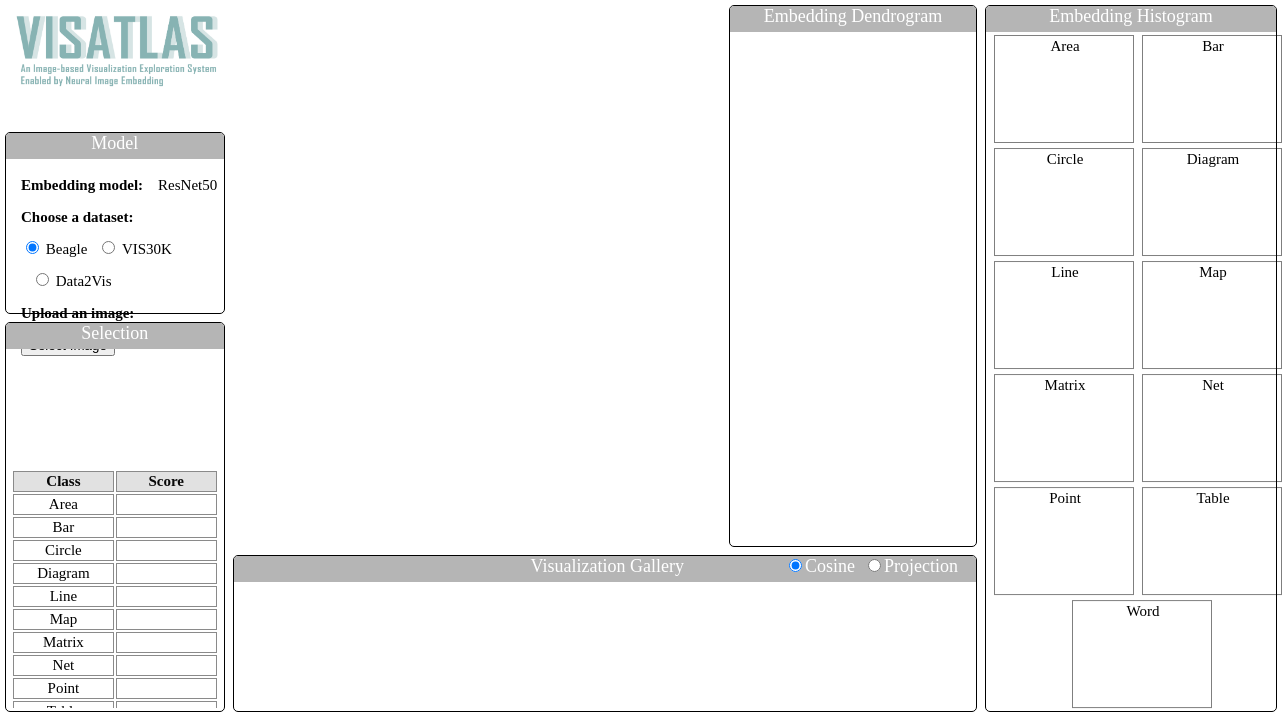
Repository: yilinye/AI_and_human_paintings
Page: / (app in VIS4AI_art/Frontend/)
The author's editor kept a copy of each file at every save. The page is drawn from the files as they stood at one save, then again after the next save.
The browser window is 1280 px wide. The page is 1283 px wide, then 1280 px, so the pictures cover 1283 px, including what lies to the right of the window. The pictures show the whole page.
The page's requests for data from a server got no answer. The project was rebuilt for these pictures with package versions that can differ from the ones it lists, and the page was loaded fresh each time. No one was signed in, and anything a server would have sent is missing. Also part of the build but not shown: VIS4AI_art/Frontend/vite.config.js, VIS4AI_art/Frontend/vue.config.js, VIS4AI_art/Frontend/src/components/WelcomeItem.vue, VIS4AI_art/Frontend/src/components/icons/IconDocumentation.vue, VIS4AI_art/Frontend/src/components/icons/IconTooling.vue, VIS4AI_art/Frontend/src/components/icons/IconEcosystem.vue, VIS4AI_art/Frontend/src/components/icons/IconCommunity.vue, VIS4AI_art/Frontend/src/components/icons/IconSupport.vue and 2 more.

Above is the page before, as saved 2022-04-30 22:52:35.

### VIS4AI_art/Frontend/src/App.vue
<!--
 * @Author: Qing Shi
 * @LastEditTime: 2022-04-12 22:41:44
 * @Knowledge:
 * @Description:
 * @Attention:
-->

<template>
  <VisView/>
</template>

<script>
import VisView from "./views/visView.vue";

// var Event = new Vue();
export default {
    components: { VisView }
}
</script>

<style>
@import "./assets/base.css";

#app {
  height: calc(100%);
  font-weight: normal;
}

</style>

### VIS4AI_art/Frontend/src/assets/base.css
body {

  margin: 0%;
  height: 100%;
  width: 100%;
  background-color: rgb(255, 255, 255);
  overflow: hidden;
}


#titleBar {
  background: rgb(181, 181, 181);
  height: 26px;
  width: calc(100% + 0px);
  border-radius: 4px 4px 0px 0px;
  /* border: solid 1px; */
  transform: translate(0px);
  text-align: center;
  color: white;
  font-size: 18px;
}


/*chrome--------------------------------------------start*/
::-webkit-scrollbar {
  width: 8px;
  height: 8px;
}

/* Track */
::-webkit-scrollbar-track {
  background: #ffffff;
  border-radius: 8px;
}

/* Handle */
::-webkit-scrollbar-thumb {
  background: rgb(201, 201, 202);
  border-radius: 8px;
}

/* Handle on hover */
::-webkit-scrollbar-thumb:hover {
  background: rgb(162, 162, 163);
}

.el-menu::-webkit-scrollbar,
.el-table__body-wrapper::-webkit-scrollbar {
  display: none;
}

.el-menu:hover::-webkit-scrollbar,
.el-table__body-wrapper:hover::-webkit-scrollbar {
  display: block;
}

/*chrome--------------------------------------------end*/

### VIS4AI_art/Frontend/src/views/visView.vue
<template>
  <div style="height:100%;width:100%;">
    <!-- System Logo -->
    <div id="logoView">
      <img
        src="../assets/logo.png"
        alt=""
        style="width: 100%; height=auto;"
      >
    </div>
    <!-- Model -->
    <div id="modelView">
      <ModelView
        @getFilePath="getFilePath"
        @queryNode="updateQuery"
      />
    </div>
    <!-- Selection -->
    <div id="selectView">
      <SelectView />
    </div>
    <!-- Main View -->
    <div id="mainView">
      <MainView
        ref="mainV"
        @updateTree="updateTree"
        @updateGallery="updateGallery"
      />
    </div>
    <!-- Embedding Dendrogram -->
    <div id="dendrogramView">
      <DendrogramView ref="dendrogram" />
    </div>
    <!-- Embedding Histogram -->
    <div id="histogramView">
      <HistogramView @updateTree="updateTree" />
    </div>
    <!-- Visualization Gallery -->
    <div id="galleryView">
      <GalleryView
        ref="gallery"
        @updateGType="updateType"
        @updateSelectNode="updateSelectNode"
      />
    </div>
  </div>
</template>

<script>
import * as d3 from 'd3';
import SelectView from "../components/selectView.vue";
import MainView from "../components/mainView.vue";
import DendrogramView from "../components/dendrogramView.vue";
import HistogramView from "../components/histogramView.vue";
import GalleryView from "../components/galleryView.vue";
import ModelView from "../components/modelView.vue";
export default {
  components: { SelectView, MainView, DendrogramView, HistogramView, GalleryView, ModelView },
  data () {
    return {
      //! init file path
      pth: { filePath: "/src/visData/Beagle reorder.csv" },

      // pth: { filePath: "/src/visData/data2vis reorder.csv" },
    }
  },
  provide () {
    //! we need provide an object, which can watch by other components
    return {
      fileP: this.pth,
    }
  },
  methods: {
    /**
     * @description: change file path from model view's <input>
     * @param {String} val file path from model
     * @return {*} none
     */
    getFilePath: function (val) {
      this.pth.filePath = val;
      this.fileP = this.pth;
    },
    /**
     * @description: change dendrogram view's tree
     * @param {Array} treeData data of the tree
     * @param {Int} sumTree Number of all selected elements
     * @return {*}
     */
    updateTree (treeData, sumTree) {
      this.$refs.dendrogram.drawTree(treeData, sumTree);
    },
    /**
     * @description: change the gallery using new selected element data
     * @param {Array} data
     * @return {*}
     */
    updateGallery (data) {
      this.$refs.gallery.setCloseNode(data);
    },
    /**
     * @description: change gallery type (Cosine or Projection)
     * @param {*} data Calculation method of distance (Cosine or Projection)
     * @return {*}
     */
    updateType (data) {
      this.$refs.mainV.setGalleryType(data);
    },
    /**
     * @description: set a new selected node to refresh the system
     * @param {*} data selected element (node) data
     * @return {*}
     */
    updateSelectNode (data) {
      this.$refs.mainV.setSelectNode(data);
    },
    /**
     * @description: query a new Picture
     * @param {*} data new picture information which from model view
     * @return {*}
     */
    updateQuery (data) {
      this.$refs.mainV.setQuery(data);
    }
  }
}
</script>

<style>
#logoView {
  position: absolute;
  left: 5px;
  top: 5px;
  /* height: 17%; */
  width: 17%;
  margin-left: 5px;
  /* border: solid 1px; */
}

#modelView {
  /* margin-left: 5px; */
  position: absolute;
  left: 5px;
  top: calc(17% + 5px + 5px);
  height: 25%;
  width: 17%;
  border: solid 1px;
  border-radius: 5px;
}

#selectView {
  position: absolute;
  left: 5px;
  top: calc(42% + 15px + 5px);
  height: calc(58% - 30px);
  width: 17%;
  border: solid 1px;
  border-radius: 5px;
}

#mainView {
  position: absolute;
  left: calc(15px + 17%);
  top: calc(5px);
  height: calc(75%);
  width: calc(38%);
  /* border: solid 1px;
  border-radius: 5px; */
}

#dendrogramView {
  position: absolute;
  left: calc(25px + 55%);
  top: calc(5px);
  height: calc(75%);
  width: calc(20% - 10px);
  border: solid 1px;
  border-radius: 5px;
}

#galleryView {
  position: absolute;
  left: calc(15px + 17%);
  top: calc(15px + 75%);
  height: calc(25% - 25px);
  width: calc(58%);
  border: solid 1px;
  border-radius: 5px;
}

#histogramView {
  position: absolute;
  left: calc(25px + 75%);
  top: calc(5px);
  height: calc(100% - 15px);
  width: calc(25% - 30px);
  border: solid 1px;
  border-radius: 5px;
}
</style>

### VIS4AI_art/Frontend/src/components/selectView.vue
<!--
 * @Author: Qing Shi
 * @LastEditTime: 2022-04-30 20:52:22
 * @Knowledge:
 * @Description:
 * @Attention:
-->
<template>
  <div style="height: 100%">
    <div id="titleBar">
      {{ viewName }}
    </div>
    <div id="selectPic">
      <div
        v-if="isChoose"
        id="isChoose"
      >
        <img
          id="nodePic"
        >
      </div>
    </div>
    <div id="selectTable">
      <table style="width:calc(100% - 10px);text-align: center;margin-top:2px;height:calc(100% - 10px);margin-bottom:5px;margin-left:5px; margin-right: 5px;">
        <tr style="height:calc(8% - 30px)">
          <th>Class</th>
          <th>Score</th>
        </tr>
        <tr
          v-for="item in items"
          :key="item.className"
          style="height:calc(8% - 30px)"
        >
          <td>{{ item.className }}</td>
          <td :id="item.className+'Table'">{{ item.classScore }}</td>
        </tr>
      </table>
    </div>
  </div>
</template>

<script>
export default {
  data () {
    return {
      viewName: "Selection",
      isChoose: true,
      picPath: "/src/assets/logo.svg",
      items: {
        Area: { className: "Area", classScore: "" },
        Bar: { className: "Bar", classScore: "" },
        Circle: { className: "Circle", classScore: "" },
        Diagram: { className: "Diagram", classScore: "" },
        Line: { className: "Line", classScore: "" },
        Map: { className: "Map", classScore: "" },
        Matrix: { className: "Matrix", classScore: "" },
        Net: { className: "Net", classScore: "" },
        Point: { className: "Point", classScore: "" },
        Table: { className: "Table", classScore: "" },
        Word: { className: "Word", classScore: "" },
      }
    }
  }
}
</script>

<style>
#selectPic {
  height: 30%;
  width: 100%;
}
#isChoose {
  text-align: center;
  margin-top: 1px;
  margin-left: 6px;
  margin-right: 6px;
  margin-bottom: 2px;
  height: 100%;
  display: flex;
  flex-direction: column;
  justify-content: center;
  align-items: center;
}
#selectTable {
  height: calc(70% - 30px);
  width: 100%;
  overflow: auto;
  /* background-color: #000000; */
}

th {
  text-align: middle;
  /* padding-left: 45px; */
  /* border-bottom: 1px solid #ddd; */
  border: 1px solid rgb(138, 138, 138);
  /* background-color: white; */
  background-color: rgb(225, 225, 225);
  color: rgb(7, 7, 7);
  font-size: 15px;
  /* color: white; */
}

td {
  text-align: middle;
  /* padding-left: 45px; */
  width: 50%;
  /* border-bottom: 1px solid #ddd; */
  border: 1px solid rgb(138, 138, 138);
  font-size: 15px;
  color: black;
  /* height: 100% */
}

/* tr {
  height: calc(100%)
} */

tr:hover {
  background-color: rgb(231, 164, 179);
}
</style>

### VIS4AI_art/Frontend/src/components/histogramView.vue
<!--
 * @Author: Qing Shi
 * @LastEditTime: 2022-04-30 22:52:35
 * @Knowledge:
 * @Description:
 * @Attention:
-->
<template>
  <div>
    <div id="titleBar">
      {{ viewName }}
    </div>
    <div id="mainHistogram">
      <div
        v-for="(ty, index) in typeName"
        :key="ty"
        :id="'His' + ty"
        v-bind:style="{ border: 'solid 1px rgba(0, 0, 0, 0.5)', width: wd, height:hs, position: 'absolute', left: '8px', transform: 'translate(' + (index == 10 ? 'calc(50% + 8px)' : index % 2 ? 'calc(100% + 8px)' : '0') + ',' + 'calc(' + ((Math.floor(index / 2)) * 100) + '% + ' + ((Math.floor(index / 2)) * 5) + 'px' + ' + 3px)' + ')' }"
      >

      </div>
    </div>
  </div>
</template>

<script>
import * as d3 from 'd3';
import { dataService } from '../service';
export default {
  mounted () {
    // dataService.fetchData({ 'filePath': this.fileP.filePath }, fileData => {
    //   console.log(11111);

    //   // this.drawHistogram(fileData.data.data, this.typeName);
    // });
    this.typeName.forEach(d => {
      this.createSVG(d);
    })

    this.drawHistogram(this.fileP.filePath, this.typeName);
  },
  data () {
    return {
      viewName: "Embedding Histogram",
      typeName: ["Area", "Bar", "Circle", "Diagram", "Line", "Map", "Matrix", "Net", "Point", "Table", "Word"],
      hs: "calc(16.6% - 11px)",
      wd: "calc(50% - 7px)",
      selectType: '',
      xAxis: undefined,
      yAxis: {},
      hisWidth: 0,
      hisHeight: 0,
      levelCluster: {
        "Beagle": ['Circle', 'Map', 'Line', 'Area', 'Bar', 'Net', 'Point', 'Diagram', 'Matrix', 'Table', 'Word'],
        "VIS": ["Map", "Circle", "Bar", "Point", "Line", "Diagram", "Matrix", "Net", "Area", "Table", "Word"],
        "Data": ["Area", "Line", "Bar", "Point"]
      },

    };
  },
  inject: ['fileP'], // get file path from visView.vue
  methods: {
    /**
     * @description: create svg for every histogram
     * @param {*} hisType Feature
     * @return {*}
     */
    createSVG: function (hisType) {
      d3.select("#" + hisType + 'Svg').remove();
      const hisHeight = document.getElementById(('His' + hisType)).offsetHeight;
      const hisWidth = document.getElementById(('His' + hisType)).offsetWidth;
      this.hisHeight = hisHeight;
      this.hisWidth = hisWidth;
      d3.select('#His' + hisType)
        .append('svg')
        .attr('id', hisType + 'Svg')
        .attr('width', hisWidth)
        .attr('height', hisHeight)
      d3.select('#' + hisType + 'Svg')
        .append('text')
        .text(hisType)
        .attr('font-size', 15)
        .attr('text-anchor', 'middle')
        .attr('y', 15)
        .attr('x', hisWidth / 2)
    },
    /**
     * @description: data processing and use function
     * @param {String} filePath: which file will be used, selected in modelView.vue
     * @param {Array} hisTypeArray: Feature Group
     * @return {*}
     */
    drawHistogram: function (filePath, hisTypeArray) {
      d3.csv(filePath).then((fileData) => {
        hisTypeArray.forEach(hisType => {
          // index name need small letters
          let hisTag = hisType.toLowerCase();
          const hisData = new Object();
          for (let i = 0; i < fileData.length; ++i) {
            let indexNum = Math.floor(parseFloat(fileData[i][hisTag]) * 10);
            if (indexNum == 10) indexNum--; // let 1 to 0.9 ~ 1
            if (indexNum == 0) continue;
            if (typeof (hisData[indexNum]) == 'undefined') {
              hisData[indexNum] = { cnt: 0, items: [] };
            }
            hisData[indexNum].cnt++;
            hisData[indexNum].items.push(fileData[i]);
          }

          // remove old View
          d3.select("#his_g_" + hisType).remove();
          // define new View
          d3.select("#" + hisType + "Svg")
            .append('g')
            .attr("id", "his_g_" + hisType);

          this.drawRectAndAxis(hisData, hisType);
          this.drawSelectRect(hisData, hisType);
          this.RectBrush(hisData, hisType);
          // this.allHisData[hisType] = hisData;
          // d3.select("#selCircle8").transition().duration(2000).attr('y', 20).attr("height", 70);
        })
      });
    },
    /**
     * @description: draw bar charts and x/y axises
     * @param {Array} hisData bar chart data
     * @param {String} hisType Feature
     * @return {*}
     */
    drawRectAndAxis: function (hisData, hisType) {
      // remove old View
      d3.select("#his_rect_g_" + hisType).remove();
      // define new View
      const his_g = d3.select("#his_g_" + hisType)
        .append('g')
        .attr("id", "his_rect_g_" + hisType);

      const hisArray = new Array();

      for (let i in hisData)
        hisArray.push(hisData[i].cnt);

      const xAxis = d3.scaleLinear()
        .domain([0.1, 1.0])
        .range([0, this.hisWidth - 60])
      const yAxis = d3.scaleLinear()
        .domain([0, d3.max(hisArray)])
        .range([this.hisHeight - 42, 0]);
      this.xAxis = xAxis;
      this.yAxis[hisType] = yAxis;

      his_g.append('g')
        .selectAll("#hisRect" + hisType)
        .attr('id', "hisRect" + hisType)
        .data(hisArray)
        .enter()
        .append('rect')
        .attr("dmax", d3.max(hisArray))
        .attr('x', (d, i) => {
          return this.xAxis((i + 1) / 10) + 45 + 5;
        })
        .attr('y', (d, i) => {
          return this.yAxis[hisType](d) + 20;
        })
        .attr('height', d => {
          return this.hisHeight - 42 - this.yAxis[hisType](d)
        })
        .attr('width', 10)
        .attr('fill', "rgb(198, 198, 198)");
      // draw Axis
      his_g.append('g')
        .call(d3.axisBottom(xAxis).ticks(5))
        .attr("transform", `translate(${45}, ${this.hisHeight - 22})`);
      his_g.append('g')
        .call(d3.axisLeft(yAxis).ticks(5))
        .attr("transform", `translate(${45}, ${20})`);
    },
    /**
     * @description: draw bar charts which be select. I draw them without height. When I select some data, I will change the height of them.
     * @param {*} hisData bar chart data
     * @param {*} hisType Feature
     * @return {*}
     */
    drawSelectRect: function (hisData, hisType) {
      // remove old View
      d3.select("#his_sel_g_" + hisType).remove();
      // define new View
      const his_g = d3.select("#his_g_" + hisType)
        .append('g')
        .attr("id", "his_sel_g_" + hisType);

      const hisArray = new Array();
      for (let i in hisData)
        hisArray.push(hisData[i].cnt);
      // console.log()
      his_g.append('g')
        .selectAll("#hisSelRect" + hisType)
        .attr('id', "hisSelRect" + hisType)
        .data(hisArray)
        .enter()
        .append('rect')
        .attr("dmax", this.yAxis[hisType].domain()[1])
        .attr("hisHeight", this.hisHeight)
        .attr("id", (d, i) => {
          return "sel" + hisType + (i + 1);
        })
        .attr('x', (d, i) => {
          return this.xAxis((i + 1) / 10) + 40;
        })
        .attr('y', (d, i) => {
          return this.hisHeight - 20;
        })
        .attr('height', d => {
          return 0;
        })
        .attr('width', 10)
        .attr('fill', "orange");
    },
    /**
     * @description: a brush. Select areas in the bar chart
     * @param {*} hisData bar chart data
     * @param {*} hisType Feature
     * @return {*}
     */
    RectBrush (hisData, hisType) {
      let _this = this;
      const hisArray = new Array();
      for (let i in hisData)
        hisArray.push(hisData[i].cnt);
      const brush = d3.brush()
        .extent([
          [30, 15],
          [_this.hisWidth - 5, _this.hisHeight - 10]
        ])
        .on('start', function ({ selection }) {
          if (selection != null) {
            d3.select('#brush_rect').remove();
          }
        })
        // .on('brush', brushing)
        .on('end', brushed);
      // console.log(hisData)
      const brush_g = d3.select("#his_g_" + hisType)
        .append('g')
        .attr('id', 'brush_g' + hisType)
        .call(brush);

      // I really don't like programing this function, but it's the method which can clear the brush.
      function brushed ({ selection }) {
        if (selection != null) {
          const [
            [x0, y0],
            [x1, y1]
          ] = selection;
          d3.select('#his_g_' + hisType)
            .append("rect")
            .attr('id', 'brush_rect')
            .attr('x', x0)
            .attr('y', y0)
            .attr('width', x1 - x0)
            .attr('height', y1 - y0)
            .attr('fill', 'white')
            .attr('fill-opacity', 0)
            .attr('stroke', '#2378ae')
            .attr('stroke-dasharray', '4, 4')
            .attr('stroke-width', 3);

          let levelType = undefined;
          let pidScatter = {};

        let filePath = _this.fileP.filePath;
        if (filePath[13] == 'B') {
          levelType = _this.levelCluster["Beagle"];
        }

        if (filePath[13] == 'V') {
          levelType = _this.levelCluster["VIS"];
        }

        if (filePath[13] == 'D') {
          levelType = _this.levelCluster["Data"];
        }
          let treeCnt = {};
          levelType.forEach(d => {
            treeCnt[d.toLowerCase()] = {
              value: 0,
              id: d
            }
          })
          let selectData = {};
          _this.typeName.forEach(d => {
            selectData[d] = {};
            for (let i = 1; i <= 9; ++i)
              selectData[d][i] = { cnt: 0 };
          })
          for (let i = 0; i < 9; ++i) {
            if (x0 < _this.xAxis((i + 1) / 10) + 40 + 6 && _this.xAxis((i + 1) / 10) + 40 + 6 < x1) {
              hisData[i + 1].items.forEach(d => {
                pidScatter[d.pid] = 1;
                // d3.select("#rad_cir" + d.pid).attr('opacity', 1).attr('r', 4);
                _this.typeName.forEach(hisTag => {
                  let indexNum = Math.floor(parseFloat(d[hisTag.toLowerCase()]) * 10);
                  if (indexNum == 10) indexNum--; // let 1 to 0.9 ~ 1
                  if (indexNum != 0) {
                    selectData[hisTag][indexNum].cnt++;
                  }
                })
                treeCnt[d['class']].value++;
              })
            }
          }
          d3.selectAll('.rad_cir')
            .attr('r', d => {
              return pidScatter[d.pid] == 1 ? 2 : 0;
            })
          for (let i in selectData) {
            for (let j in selectData[i]) {
              d3.select("#sel" + i + (j))
                .transition().duration(1000)
                .attr('y', _this.yAxis[i](selectData[i][j].cnt) + 20)
                .attr("height", _this.hisHeight - 42 - _this.yAxis[i](selectData[i][j].cnt));
            }
          }
          let treeData = [];
          let sumTree = 0;
          for (let i in treeCnt) {
            if (treeCnt[i].value > 0) {
              treeData.push({
                value: treeCnt[i].value,
                id: treeCnt[i].id.toLowerCase(),
                top: sumTree
              });
              sumTree += treeCnt[i].value;
            }
          }
          _this.updateTree(treeData, sumTree);
          // clear brush
          d3.select(this).call(brush.move, null);
        }
      }
    },
    /**
     * @description: update Dendrogram
     * @param {Array} treeData data of the tree
     * @param {Int} sumTree Number of all selected elements
     * @return {*}
     */
    updateTree (treeData, sumTree) {
      this.$emit('updateTree', treeData, sumTree);
    }
  },
  watch: {
    fileP: {
      handler (newValue, oldValue) {
        console.log(newValue)
        this.drawHistogram(this.fileP.filePath, this.typeName);
      },
      deep: true
    }
  }
}
</script>

<style>
#mainHistogram {
  height: calc(100% - 30px);
  width: calc(100%);
  /* background-color: #000; */
}
.selection {
  fill: none;
  stroke: #2378ae;
  stroke-width: 3;
  stroke-dasharray: 4, 4;
}
</style>

### VIS4AI_art/Frontend/src/components/galleryView.vue
<template>
  <div style="width: 100%; height: 100%;">
    <div id="titleBar">
      <span style="position: absolute; left: 40%;">{{ viewName }}</span>
      <span style="float: right">
        <form
          id="select-distance"
          style="margin-top:0;margin-right:18px"
        >

          <input
            type="radio"
            id="metricChoice1"
            name="contact"
            value="cosine"
            checked="checked"
            @click="updateType('Cosine')"
          >
          <label for="metricChoice1">Cosine</label>

          <input
            type="radio"
            id="metricChoice2"
            name="contact"
            value="radviz"
            style="margin-left:13px;padding-top:50%;"
            @click="updateType('Projection')"
          >
          <label for="metricChoice2">Projection</label>

        </form>
      </span>

    </div>
    <div id="nodeGallery">
      <div style="height: 100%; white-space: nowrap;">
        <div
          v-for="(item, index) in closeNode"
          :key="index"
          class="closeNode"
        >
          <img
            :src="'/src/assets' + item.path.slice(1)"
            alt=""
            :pid="item.pid"
            style="height:100%;"
            @click="updateSelectNode(item)"
          >
        </div>
      </div>
    </div>
  </div>
</template>

<script>
export default {
  data () {
    return {
      viewName: "Visualization Gallery",
      closeNode: []
    }
  },
  methods: {
    /**
     * @description: set the closeNode
     * @param {Array} data picture information from visView.vue
     * @return {*}
     */
    setCloseNode (data) {
      // console.log(data);
      this.closeNode = data;
    },
    /**
     * @description: change the gallery type
     * @param {String} data Cosine / Projection
     * @return {*}
     */
    updateType (data) {
      // console.log(data)
      this.$emit('updateGType', data);
    },
    /**
     * @description: select a picture and upload information
     * @param {*} data data bound to the picture
     * @return {*}
     */
    updateSelectNode (data) {
      this.$emit("updateSelectNode", data);
    }
  }
}
</script>

<style>
#nodeGallery {
  overflow-x: scroll;
  overflow-y: hidden;
  width: 100%;
  height: calc(100% - 30px);
}
.closeNode {
  /* position: absolute; */
  /* width: 20%; */
  height: calc(100% - 20px);
  /* padding-bottom: 50%; */
  /* position: fixed; */
  margin-top: 10px;
  margin-bottom: 10px;
  border: solid 1px rgba(0, 0, 0, 0.5);
  margin-left: 5px;
  margin-right: 5px;
  /* float: left; */
  white-space: normal;
  display: inline-block;
  /* display: flex; */
  flex-direction: column;
  justify-content: center;
  align-items: center;
}
</style>

Loaded but not shown: VIS4AI_art/Frontend/index.html (common file); VIS4AI_art/Frontend/src/service/modules/dataService.js (24 lines, source omitted); VIS4AI_art/Frontend/src/router/index.js (21 lines, source omitted); VIS4AI_art/Frontend/src/main.js (11 lines, source omitted); VIS4AI_art/Frontend/src/service/index.js (1 lines, source omitted); VIS4AI_art/Frontend/src/components/mainView.vue (851 lines, source omitted); VIS4AI_art/Frontend/src/components/dendrogramView.vue (279 lines, source omitted); VIS4AI_art/Frontend/src/components/modelView.vue (167 lines, source omitted)

After the next save:
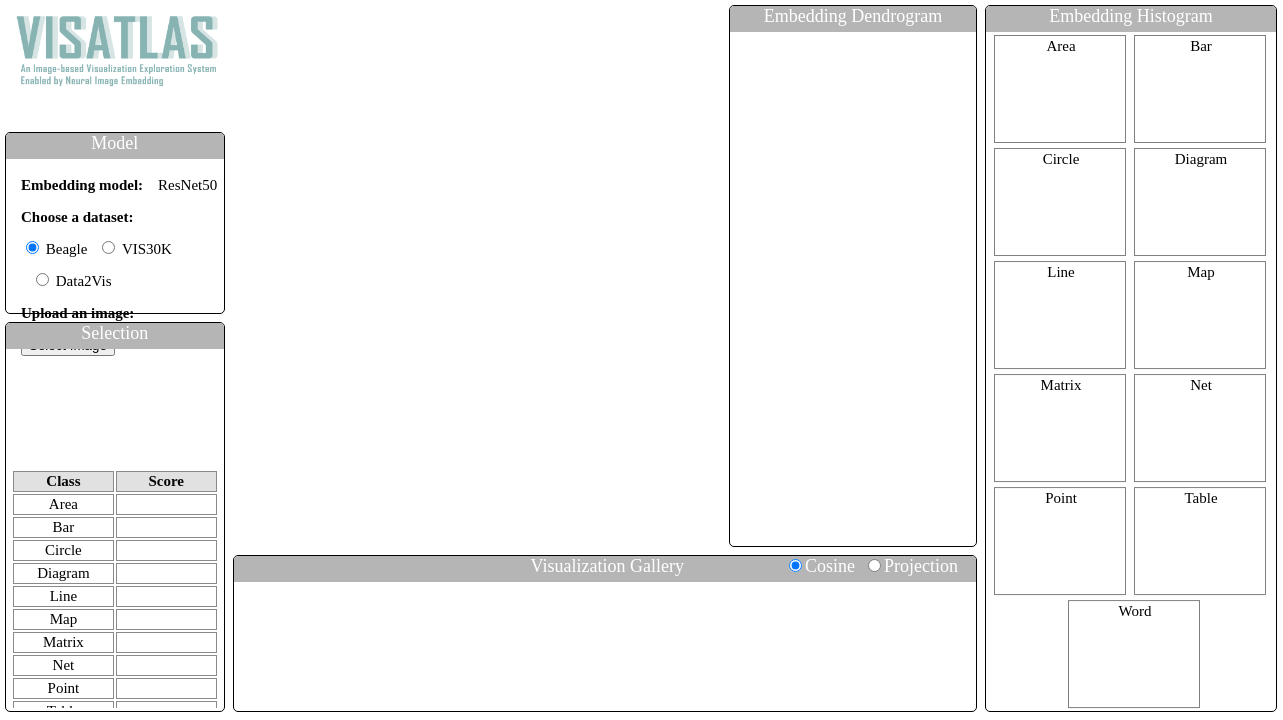
Saved 16 s later.
--- a/VIS4AI_art/Frontend/src/components/histogramView.vue
+++ b/VIS4AI_art/Frontend/src/components/histogramView.vue
@@ -44,7 +44,7 @@ export default {
       viewName: "Embedding Histogram",
       typeName: ["Area", "Bar", "Circle", "Diagram", "Line", "Map", "Matrix", "Net", "Point", "Table", "Word"],
       hs: "calc(16.6% - 11px)",
-      wd: "calc(50% - 7px)",
+      wd: "calc(50% - 15px)",
       selectType: '',
       xAxis: undefined,
       yAxis: {},
